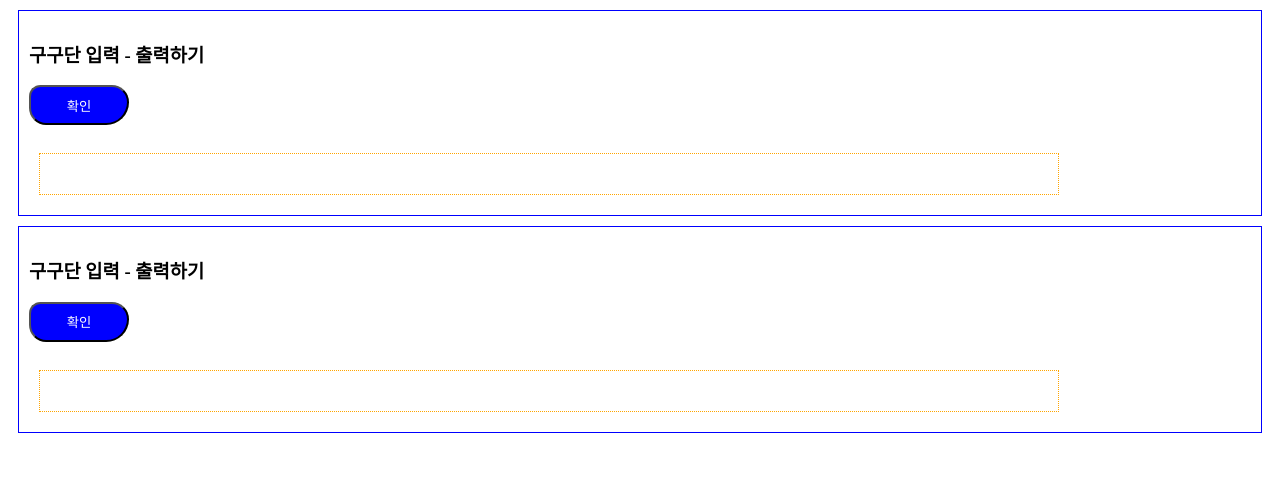
Repository: seonyeob94/BasicWeb
Page: webpro/src/main/webapp/0318/confirm함수.html
These files come from the project's save history. The page is drawn as it stood at one moment and after the next save; the edit follows.
The browser window is 1280 px wide. The pictures show the whole page.

Above is the page before, as saved 2025-03-18 01:26:46.

After the next save:
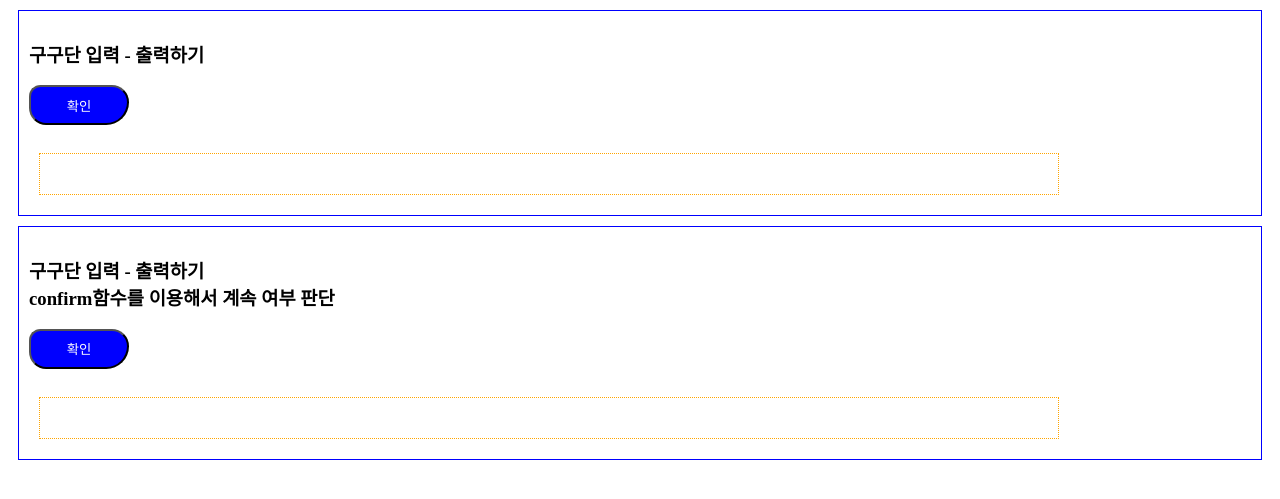
Saved 31 s later.
--- a/webpro/src/main/webapp/0318/confirm함수.html
+++ b/webpro/src/main/webapp/0318/confirm함수.html
@@ -28,7 +28,8 @@ const proc1 = () =>{
 
 
 <div class="box">
-  <h3>구구단 입력 - 출력하기</h3>
+  <h3>구구단 입력 - 출력하기<br>
+  confirm함수를 이용해서 계속 여부 판단</h3>
 
   <input type="button" value="확인" onclick="proc2()">
   <br><br>
